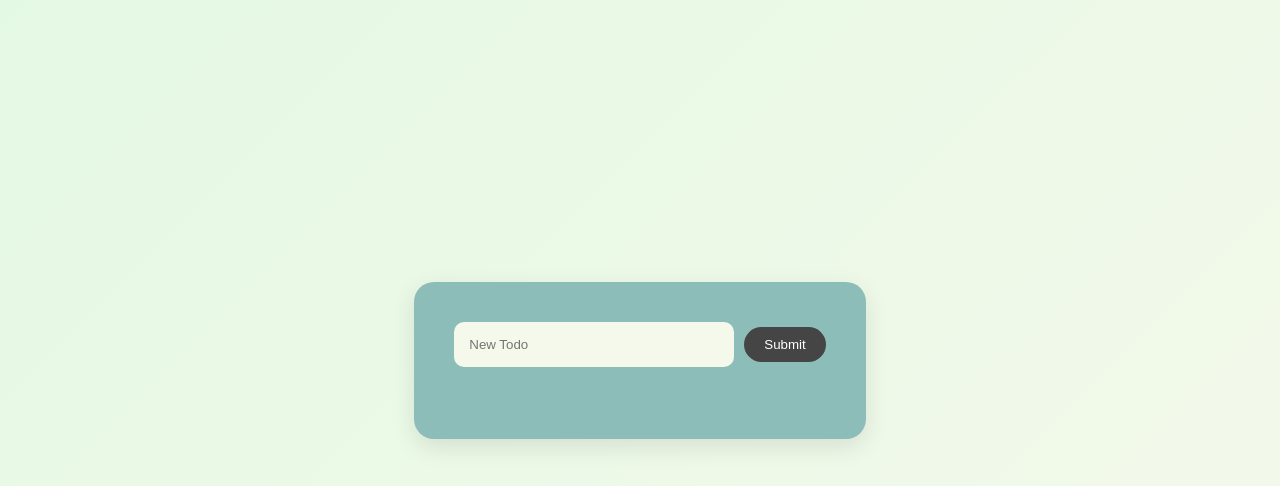
Repository: Subhadeep2609/Todo_React
Page: /
An editor plug-in stored every save of this project. The page is shown before and after the next save, followed by the edit.
The browser window is 1280 px wide. The pictures show the whole page.
The project was rebuilt for these pictures with package versions that can differ from the ones it lists, and the page was loaded fresh each time. Also part of the build but not shown: vite.config.js.

Above is the page before, as saved 2025-09-04 13:46:23.

After the next save:
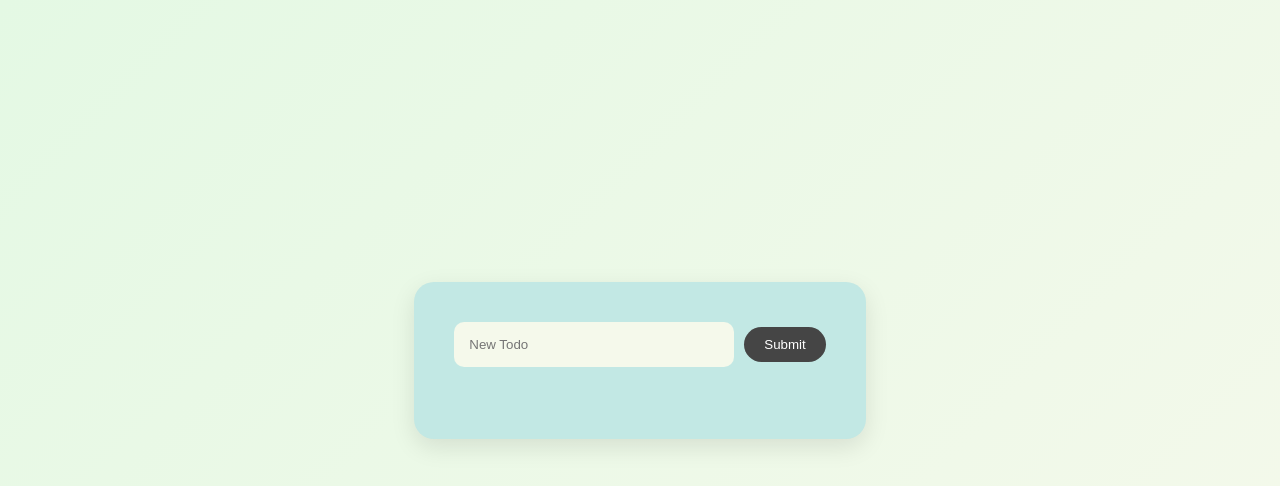
Saved 4 s later.
--- a/src/index.css
+++ b/src/index.css
@@ -16,7 +16,7 @@ body {
 
 /* Container */
 .container {
-  background: #8dbdb9;
+  background: #c2e8e4;
   padding: 40px;
   border-radius: 20px;
   box-shadow: 0 8px 25px rgba(0, 0, 0, 0.1);
